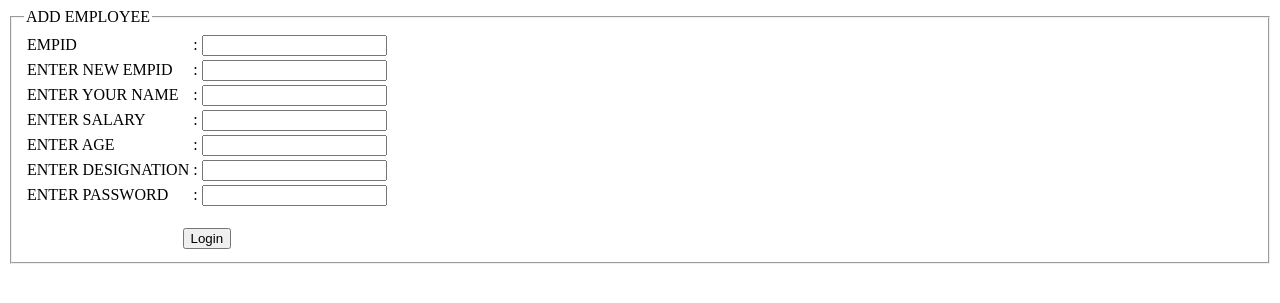
Repository: anishhegde14/TY_CG_HTD_BangaloreNovember_JFS_ANISHHEGDE
Page: ServletsandSprings/mywebapp/src/main/webapp/AddEmployee.html
The author's editor kept a copy of each file at every save. The page is drawn from the files as they stood at one save, then again after the next save.
The browser window is 1280 px wide. The pictures show the whole page.

Above is the page before, as saved 2019-12-17 10:57:05.

### ServletsandSprings/mywebapp/src/main/webapp/AddEmployee.html
<!DOCTYPE html>
<html>
<head>
<meta charset="ISO-8859-1">
<title>ADD EMPLOYEE</title>
</head>
<body>
	<fieldset>

		<legend>ADD EMPLOYEE</legend>
		<form action="./addEmployee" method="post">
			<table>
				<tr>

					<td>EMPID</td>
					<td>:</td>
					<td><input type="number" name="empid" required></td>
				</tr>
				<tr>

					<td>ENTER NEW EMPID</td>
					<td>:</td>
					<td><input type="number" name="empid" required></td>
				</tr>
				<tr>

					<td>ENTER YOUR NAME</td>
					<td>:</td>
					<td><input type="text" name="name" required></td>
				</tr>
				<tr>

					<td>ENTER SALARY</td>
					<td>:</td>
					<td><input type="number" name="salary" required></td>
				</tr>
				<tr>

					<td>ENTER AGE</td>
					<td>:</td>
					<td><input type="number" name="age" required></td>
				</tr>
				<tr>

					<td>ENTER DESIGNATION</td>
					<td>:</td>
					<td><input type="text" name="designation" required></td>
				</tr>
								<tr>
				<td>ENTER PASSWORD</td>
				<td>:</td>
				<td> <input type="password" name="password" required></td>
				</tr>

				<tr>

					<td colspan="3" align="center"><br> <input type="submit"
						value="Login"></td>
				</tr>
			</table>

		</form>

	</fieldset>
</body>
</html>

After the next save:
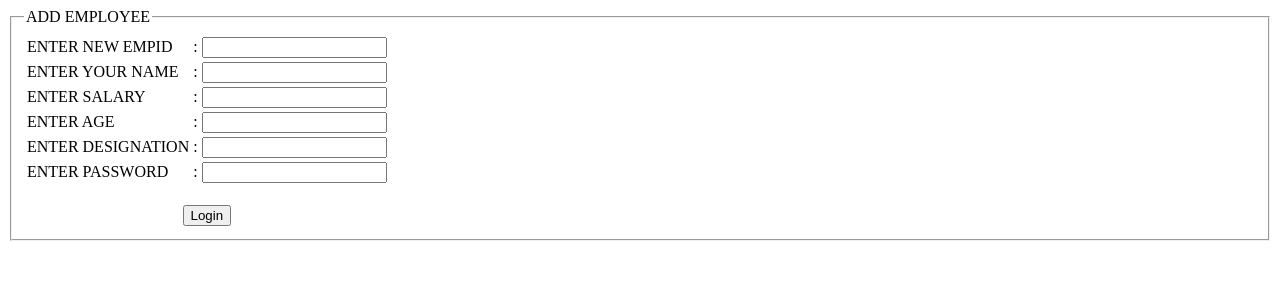
Saved 10 s later.
--- a/ServletsandSprings/mywebapp/src/main/webapp/AddEmployee.html
+++ b/ServletsandSprings/mywebapp/src/main/webapp/AddEmployee.html
@@ -12,10 +12,6 @@
 			<table>
 				<tr>
 
-					<td>EMPID</td>
-					<td>:</td>
-					<td><input type="number" name="empid" required></td>
-				</tr>
 				<tr>
 
 					<td>ENTER NEW EMPID</td>
